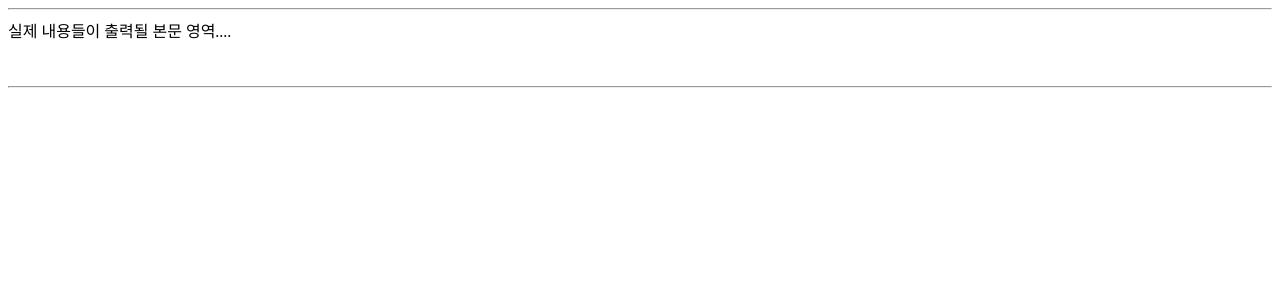
Repository: bbseok97/HTML
Page: http://localhost/jspbasic/jspbasic/05.include_section.jsp
The author's editor kept a copy of each file at every save. The page is drawn from the files as they stood at one save, then again after a run of saves.
The browser window is 1280 px wide. The pictures show the whole page.
The page is served by Tomcat 9. Other server files are loaded and not shown.

Above is the page before, as saved 2024-04-05 01:08:11.

### jspbasic/src/main/webapp/jspbasic/05.include_section.jsp
<%@ page language="java" contentType="text/html; charset=UTF-8"
    pageEncoding="UTF-8"%>
<!DOCTYPE html>
<html>
	<head>
		<meta charset="UTF-8">
		<title>05.include</title>
	</head>
	<body>
		<%--<h1>헤더 영역</h1> --%>
		<hr>
		<section>
			실제 내용들이 출력될 본문 영역....<br>
			<br>
			<br>
		</section>

		<hr>
		<%--<h2>풋터 영역</h2> --%>
	</body>
</html>

### jspbasic/src/main/webapp/jspbasic/05.include_header.jsp
<%@ page language="java" contentType="text/html; charset=UTF-8"
    pageEncoding="UTF-8"%>
<!DOCTYPE html>
<html>
	<head>
		<meta charset="UTF-8">
		<title>05.include_header.jsp</title>
	</head>
	<body>
		<h1>헤더 영역</h1>
	</body>
</html>

### jspbasic/src/main/webapp/jspbasic/05.include_footer.jsp
<%@ page language="java" contentType="text/html; charset=UTF-8"
    pageEncoding="UTF-8"%>
<!DOCTYPE html>
<html>
	<head>
		<meta charset="UTF-8">
		<title>05.include_footer.jsp</title>
	</head>
	<body>
		<h2>풋터 영역</h2>
	</body>
</html>

After the next 2 saves:
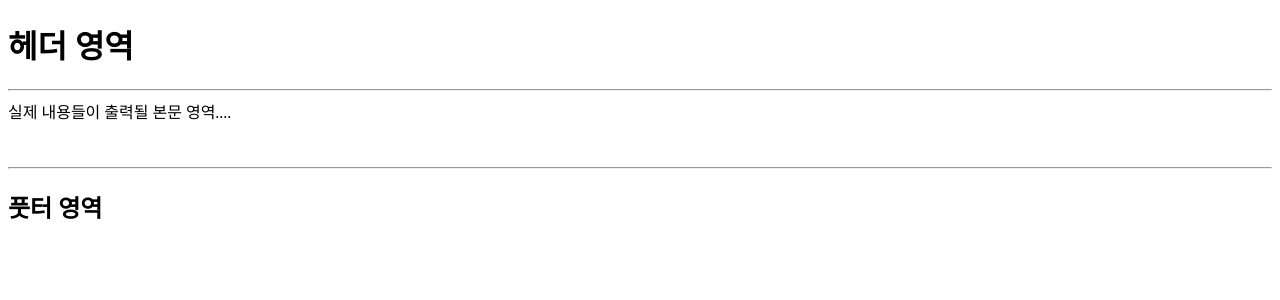
The 2 saves are shown as one change because 1 did not build or start.
The last was saved 99 s later.
--- a/jspbasic/src/main/webapp/jspbasic/05.include_section.jsp
+++ b/jspbasic/src/main/webapp/jspbasic/05.include_section.jsp
@@ -8,6 +8,7 @@
 	</head>
 	<body>
 		<%--<h1>헤더 영역</h1> --%>
+		<%@include file="05.include_header.jsp"%>
 		<hr>
 		<section>
 			실제 내용들이 출력될 본문 영역....<br>
@@ -17,5 +18,6 @@
 
 		<hr>
 		<%--<h2>풋터 영역</h2> --%>
+		<%@include file="05.include_footer.jsp" %>
 	</body>
 </html>
